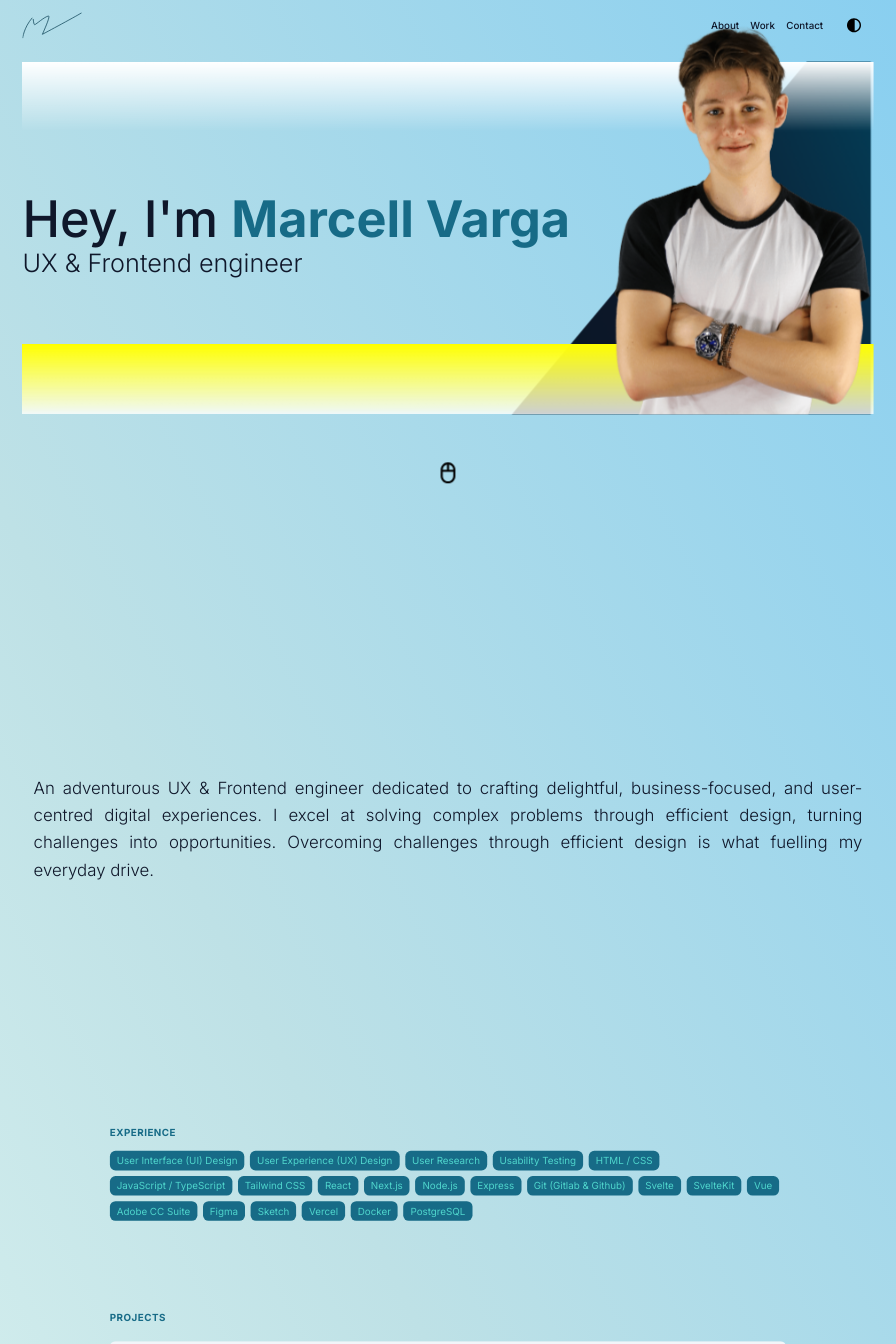
Repository: TheMarcellVarga/personal-portfolio-v.2
Page: /
An editor plug-in stored every save of this project. The page is shown before and after the next save, followed by the edit.
The browser window is 1280 px wide. The pictures show the part of the page from y = 0 to 1920 px (the page is 4294 px tall), at 70% of full size.
The project was rebuilt for these pictures with package versions that can differ from the ones it lists, and the page was loaded fresh each time. The framework's server and built-in components were replaced by stand-ins that run in the browser. Also part of the build but not shown: next.config.mjs.

Above is the page before, as saved 2024-07-19 00:23:33.

After the next save:
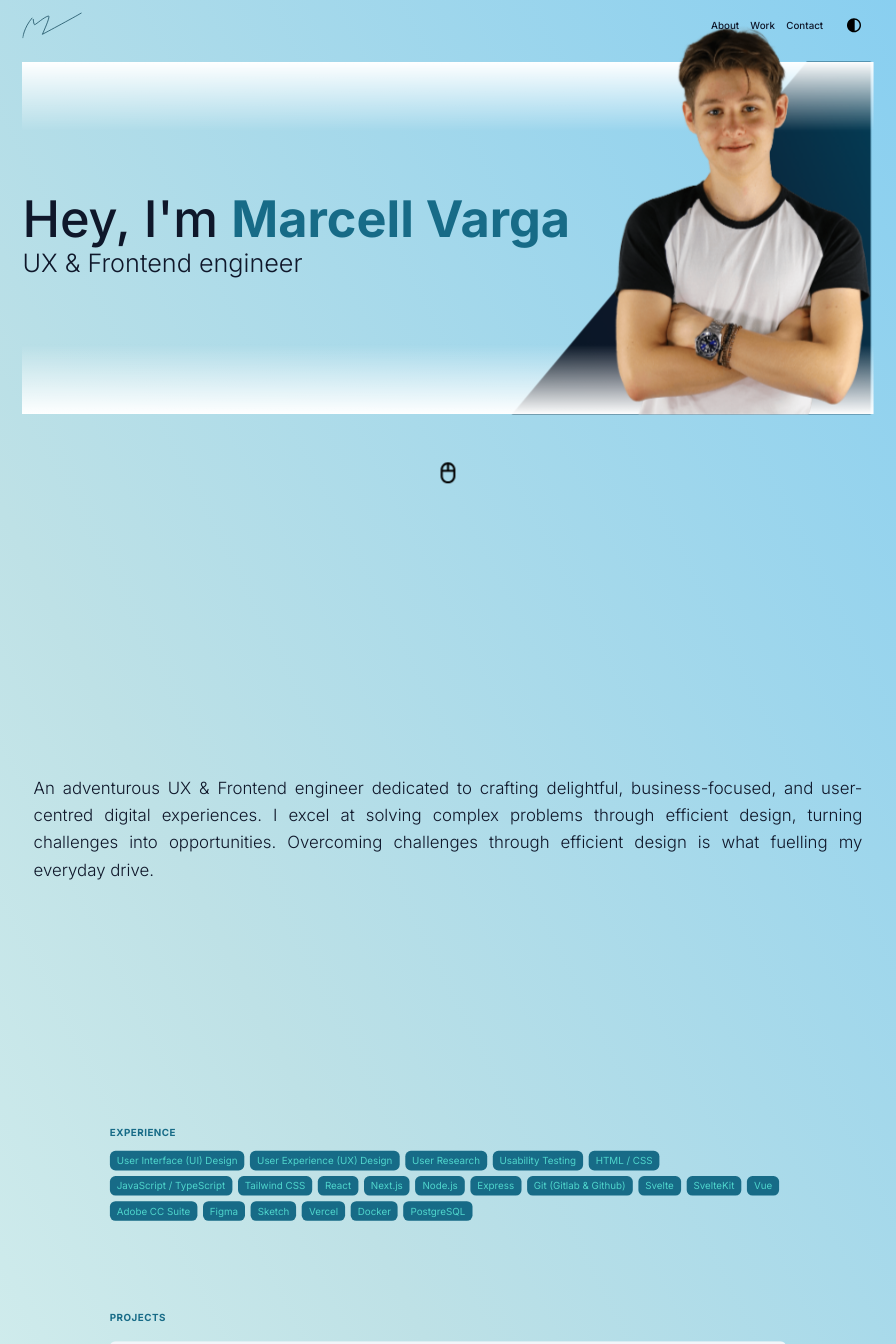
Saved 12 s later.
--- a/app/globals.css
+++ b/app/globals.css
@@ -302,5 +302,5 @@ body {
 
 .main-container::after {
   bottom: 0;
-  background-image: linear-gradient(to top, rgba(255, 255, 255, 0.8), rgba(255, 255, 0)); /* Fades to transparent */
-}
+  background-image: linear-gradient(to top, rgba(255, 255, 255, 1), transparent); /* Fades to transparent */
+}
